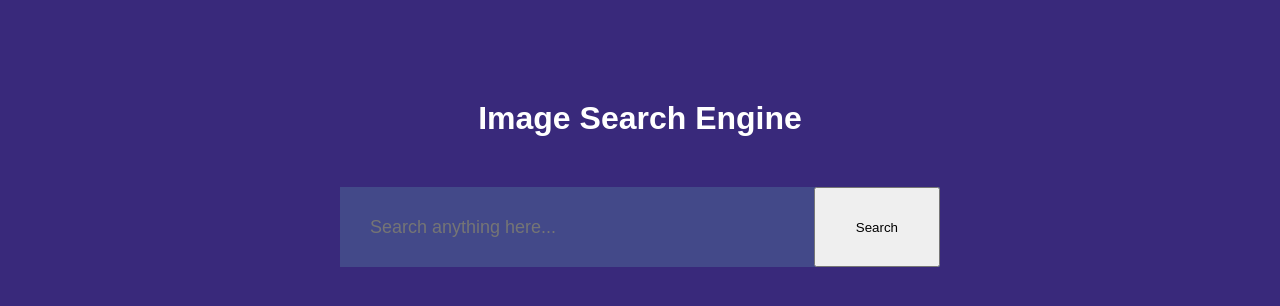
Repository: AbdullahOwais-Dev/Image-Search-App
Page: index.html
An editor plug-in stored every save of this project. The page is shown before and after a run of saves, followed by the edit.
The browser window is 1280 px wide. The pictures show the whole page.

Above is the page before, as saved 2025-02-09 00:16:28.

After the next 4 saves:
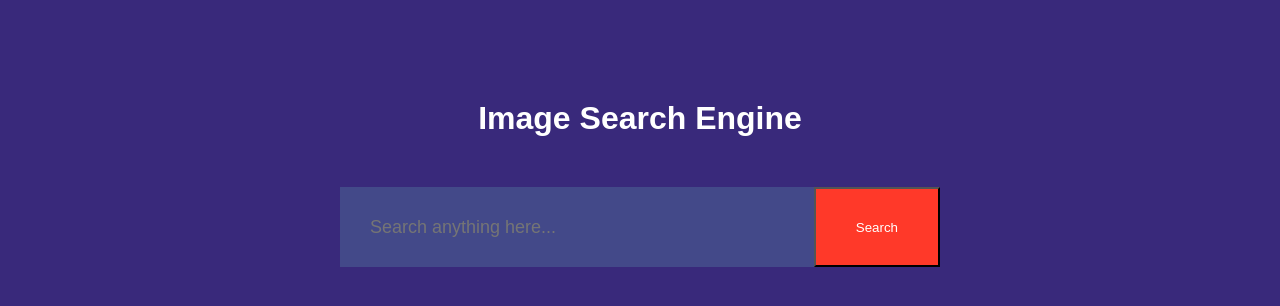
The 4 saves are shown as one change because they came seconds apart.
The last was saved 11 s later.
--- a/style.css
+++ b/style.css
@@ -35,5 +35,7 @@
 form button{
     padding: 0 40px;
     height: 100%;
-    background: #ff;
+    background: #ff3929;
+    color: #fff;
+
 }
